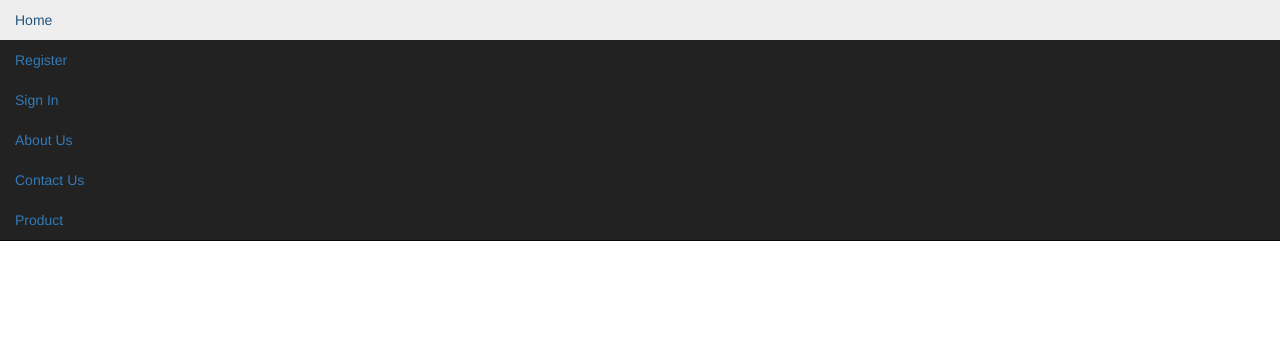
Repository: aradhana15/myFinalRepository
Page: http://localhost/music/WEB-INF/views/productDesc.jsp
These files come from the project's save history. The page is drawn as it stood at one moment and after the next save; the edit follows.
The browser window is 1280 px wide. The pictures show the whole page.
The page is served by Tomcat 9. Nobody is signed in. Other server files are loaded and not shown. The template is opened directly, without the code that normally fills it, so the values that code supplies are empty.

Above is the page before, as saved 2016-04-23 12:29:04.
Console error (its wording comes from the project's code and is left out).

### wwf/music/src/main/webapp/WEB-INF/views/productDesc.jsp
<%@include file="header.jsp"%>
<html>
	<body>
		<div class="container">
  <!-- <h2>Product Details</h2>
  <p>Here are the new products available in this site...</p>      -->
  <div class="table-responsive">
  <table class="table table-hover">
    <thead>
      <tr>
        <th>Product Id</th>
        <th>Name</th>
        <th>Manufacturer</th>
        <th>Price</th>
        <th>Details</th>
        <th>Icon</th>
      </tr>
    </thead>
    <tbody>
	      <tr>
        <td>${data.id}</td>
        <td>${data.name}</td>
        <td>${data.manufacturer}</td>
        <td>${data.price}</td>
        <td>${data.desc}</td>
        <td>${data.image}</td>
        <td><img src="<c:url value='${data.image}'/>" height="50px" width="70px"/></td>
      </tr>
      </tbody>
  </table>
  </div>
</div>



	</body>
</html>

### wwf/music/src/main/webapp/WEB-INF/views/header.jsp

<meta name="viewport" content="width=device-width, initial-scale=1">
<link rel="stylesheet"
	href="http://maxcdn.bootstrapcdn.com/bootstrap/3.3.6/css/bootstrap.min.css">
<script
	src="http://maxcdn.bootstrapcdn.com/bootstrap/3.3.6/js/bootstrap.min.js"></script>
<%@taglib prefix="spr" uri="http://www.springframework.org/tags"%>
<%@taglib prefix="c" uri="http://java.sun.com/jsp/jstl/core"%>


<div class="container">

<!-- <div class="profile-usermenu">
<div class="nav nav-tabs">
          <button type="button" class="navbar-toggle" data-toggle="collapse" data-target=".navbar-collapse">
            <span class="sr-only">Toggle navigation</span>
            <span class="icon-bar"></span>
            <span class="icon-bar"></span>
            <span class="icon-bar"></span>
          </button>
                                <ul class="nav">
                                    <li class="active">
                                        <a href="#">
                                            <i class="glyphicon glyphicon-home"></i> Overview </a>
                                    </li>
                                    <li>
                                        <a href="#">
                                            <i class="glyphicon glyphicon-user"></i> Account Settings </a>
                                    </li>
                                    <li>
                                        <a href="#" target="_blank">
                                            <i class="glyphicon glyphicon-ok"></i> Tasks </a>
                                    </li>
                                    <li>
                                        <a href="#">
                                            <i class="glyphicon glyphicon-flag"></i> Help </a>
                                    </li>
                                </ul>
                            </div>
 -->   <!-- <div class="nav nav-pills">
          <button type="button" class="navbar-toggle" data-toggle="collapse" data-target=".navbar-collapse">
            <span class="sr-only">Toggle navigation</span>
            <span class="icon-bar"></span>
            <span class="icon-bar"></span>
            <span class="icon-bar"></span>
          </button>
        -->    <!--  <a class="navbar-brand" href="#"> -->
         <!-- <img src="./resources/images/guitar.jpg/50/50/"/></a>-->
        </div>
        <div class="collapse navbar-collapse">
        <div class="nav navbar-nav">

            <li class="active"><a href="whatecomm">What is Ecommerce?</a></li>
            <li><a href="yecomm">Why Ecommerce?</a></li>
            <li><a href="businessparter">Business Partners</a></li>
            <li><a href="custreview">Cutomer Reviews</a></li>
            <li><img src="<c:url value='/resources/images/guitar.jpg'/>" alt="ho ja" width="30px" height="30px"/>


        </div>
      </div>




<div class="navbar navbar-inverse navbar-fixed-top" role="navigation">


		<div class="nav navbar-tabs">
			<li class="active"><a href="house">Home</a></li>
			<li><a href="register">Register</a></li>
			<!-- if u by deflt make anything acive -->
			<li><a href="sign">Sign In</a></li>
			<li><a href="aboutus">About Us</a></li>
			<li><a href="contactus">Contact Us</a></li>
			<li><a href="product">Product</a></li>


		</div>
	</div>
	<div class="nav navbar-nav">
	<!-- <div class="nav nav-tabs">  -->
          <button type="button" class="navbar-toggle" data-toggle="collapse" data-target=".navbar-collapse">
            <span class="sr-only">Toggle navigation</span>
            <span class="icon-bar"></span>
            <span class="icon-bar"></span>
            <span class="icon-bar"></span>
          </button>
                                <ul class="nav">
                                    <li class="active">
                                        <a href="#">
                                            <i class="glyphicon glyphicon-home"></i> Overview </a>
                                    </li>
                                    <li>
                                        <a href="#">
                                            <i class="glyphicon glyphicon-user"></i> Account Settings </a>
                                    </li>
                                    <li>
                                        <a href="#" target="_blank">
                                            <i class="glyphicon glyphicon-ok"></i> Tasks </a>
                                    </li>
                                    <li>
                                        <a href="#">
                                            <i class="glyphicon glyphicon-flag"></i> Help </a>
                                    </li>
                                </ul>
                            </div>

</div>

After the next save:
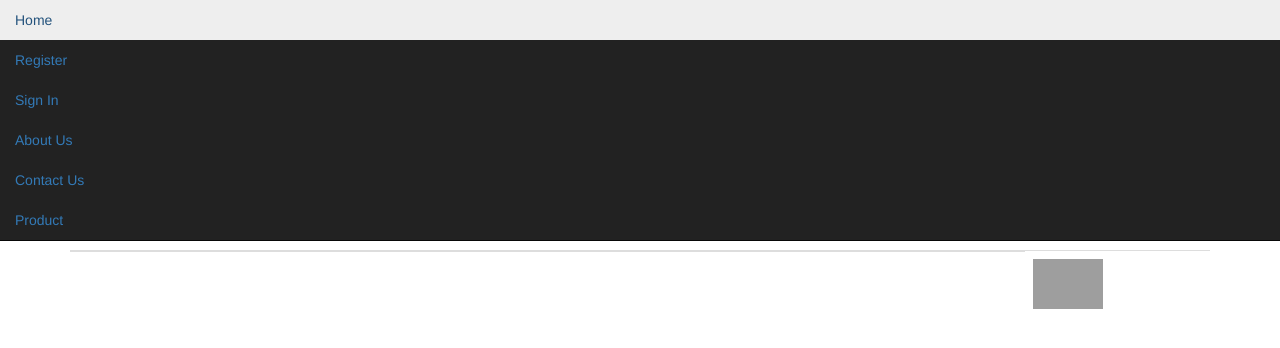
Saved 24 s later.
--- a/wwf/music/src/main/webapp/WEB-INF/views/header.jsp
+++ b/wwf/music/src/main/webapp/WEB-INF/views/header.jsp
@@ -78,8 +78,8 @@
 
 		</div>
 	</div>
-	<div class="nav navbar-nav">
-	<!-- <div class="nav nav-tabs">  -->
+	<!-- <div class="nav navbar-nav"> -->
+	<div class="nav nav-tabs">
           <button type="button" class="navbar-toggle" data-toggle="collapse" data-target=".navbar-collapse">
             <span class="sr-only">Toggle navigation</span>
             <span class="icon-bar"></span>
